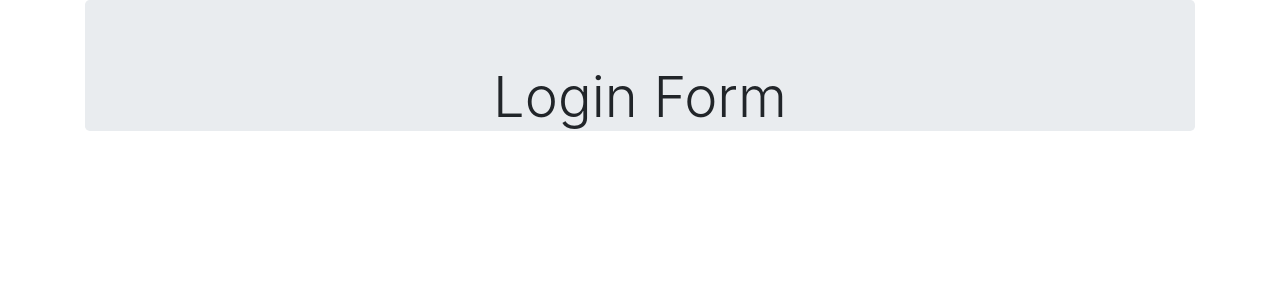
Repository: amar468S/Ng-templateDrivenForm
Page: /
The author's editor kept a copy of each file at every save. The page is drawn from the files as they stood at one save, then again after the next save.
The browser window is 1280 px wide. The pictures show the whole page.
Some web libraries are served in a nearby version. The project was rebuilt for these pictures with package versions that can differ from the ones it lists, and the page was loaded fresh each time. Also part of the build but not shown: angular.json.

Above is the page before, as saved 2019-02-03 15:42:02.

After the next save:
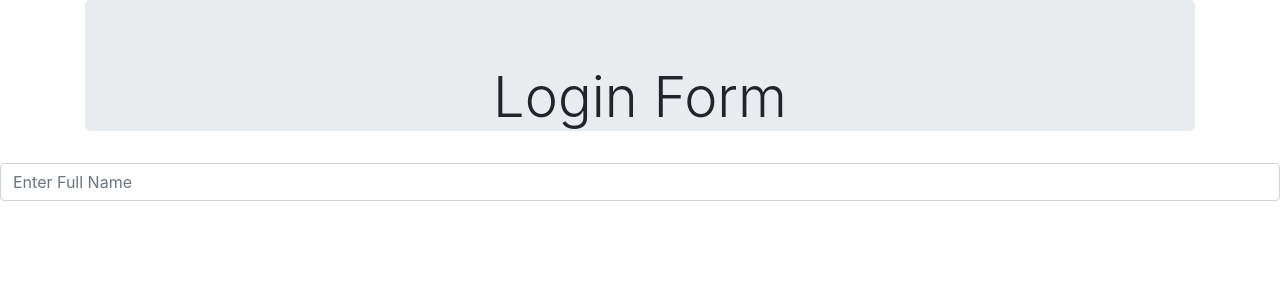
Saved 54 s later.
--- a/src/app/app.component.html
+++ b/src/app/app.component.html
@@ -3,3 +3,10 @@
       <p class="display-4 text-center mb-0">Login Form</p>
     </div>
 </div>
+
+
+<form>
+  <div class="form-group">
+    <input type="text" placeholder="Enter Full Name" class="form-control">
+  </div>
+</form>
